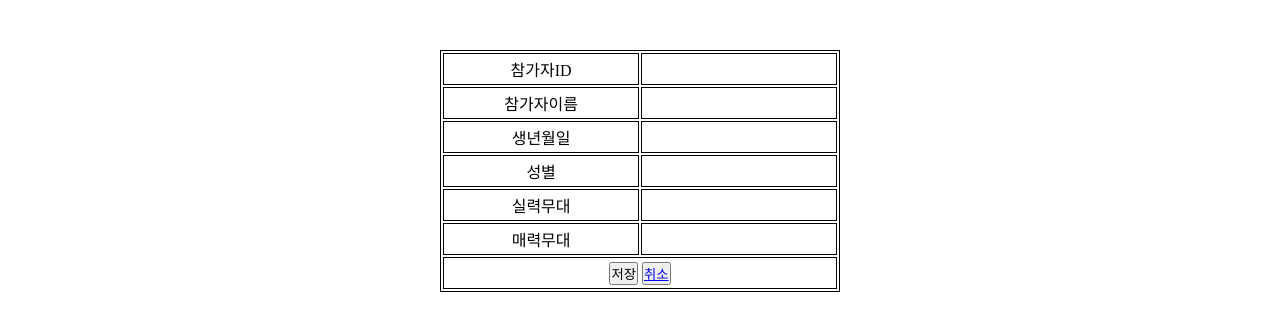
Repository: juntae710/acorn_web
Page: http://localhost/prj0828/오디션/참가자등록.jsp
An editor plug-in stored every save of this project. The page is shown before and after the next save, followed by the edit.
The browser window is 1280 px wide. The pictures show the whole page.
The page is served by Tomcat 9. Other server files are loaded and not shown.

Above is the page before, as saved 2023-08-28 07:56:31.

### prj0828/src/main/webapp/오디션/참가자등록.jsp
<%@ page language="java" contentType="text/html; charset=UTF-8"
	pageEncoding="UTF-8"%>
<!DOCTYPE html>
<html>
<head>
<meta charset="UTF-8">
<title>Insert title here</title>
<style type="text/css">
* {
	padding: 0px;
	margin: 0px;
}

table {
	margin: 0 auto;
	margin-top: 50px;
	width: 400px;
	border: 1px solid black;
	width: 400px;
}

td {
	width: 200px;
	height: 30px;
	border: 1px solid black;
	text-align: center;
	border: 1px solid black;
}
</style>
</head>
<body>
	<table>
		<tr>
			<td>참가자ID</td>
			<td></td>
		</tr>
		<tr>
			<td>참가자이름</td>
			<td></td>
		</tr>
		<tr>
			<td>생년월일</td>
			<td></td>
		</tr>
		<tr>
			<td>성별</td>
			<td></td>
		</tr>
		<tr>
			<td>실력무대</td>
			<td></td>
		</tr>
		<tr>
			<td>매력무대</td>
			<td></td>
		</tr>
		<td colspan="2">

						<button>저장</button>

						<button>
							<a href="택시예약.jsp">취소</a>
						</button>

					</td>
	</table>
</body>
</html>

After the next save:
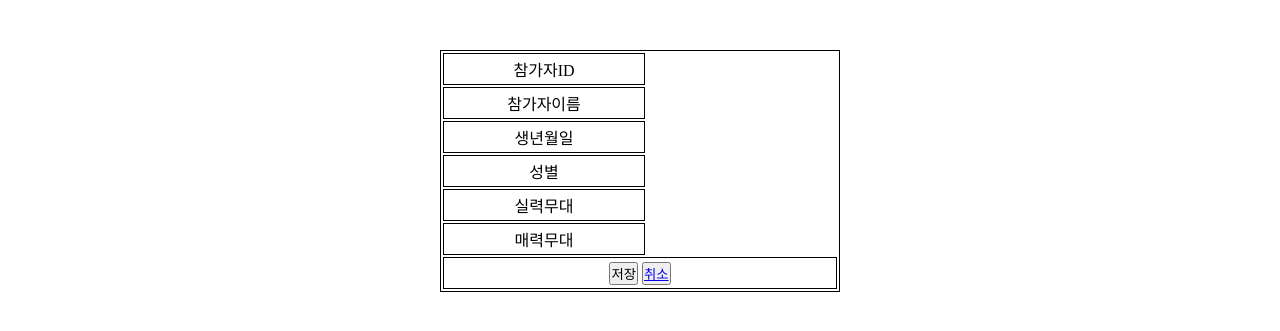
Saved 88 s later.
--- a/prj0828/src/main/webapp/오디션/참가자등록.jsp
+++ b/prj0828/src/main/webapp/오디션/참가자등록.jsp
@@ -19,7 +19,7 @@
 	width: 400px;
 }
 
-td {
+td:nth-child(1) {
 	width: 200px;
 	height: 30px;
 	border: 1px solid black;

After the save that followed:
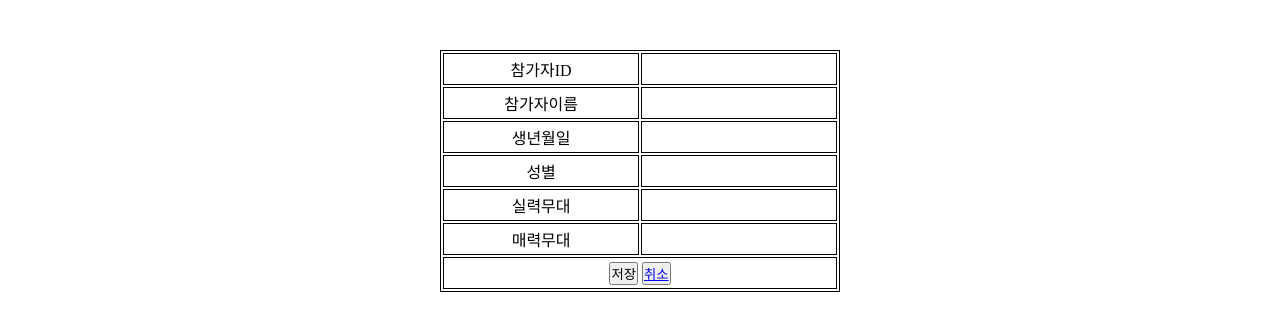
Saved 9 s later.
--- a/prj0828/src/main/webapp/오디션/참가자등록.jsp
+++ b/prj0828/src/main/webapp/오디션/참가자등록.jsp
@@ -20,6 +20,13 @@
 }
 
 td:nth-child(1) {
+	width: 200px;
+	height: 30px;
+	border: 1px solid black;
+	text-align: center;
+	border: 1px solid black;
+}
+td:nth-child(2) {
 	width: 200px;
 	height: 30px;
 	border: 1px solid black;
